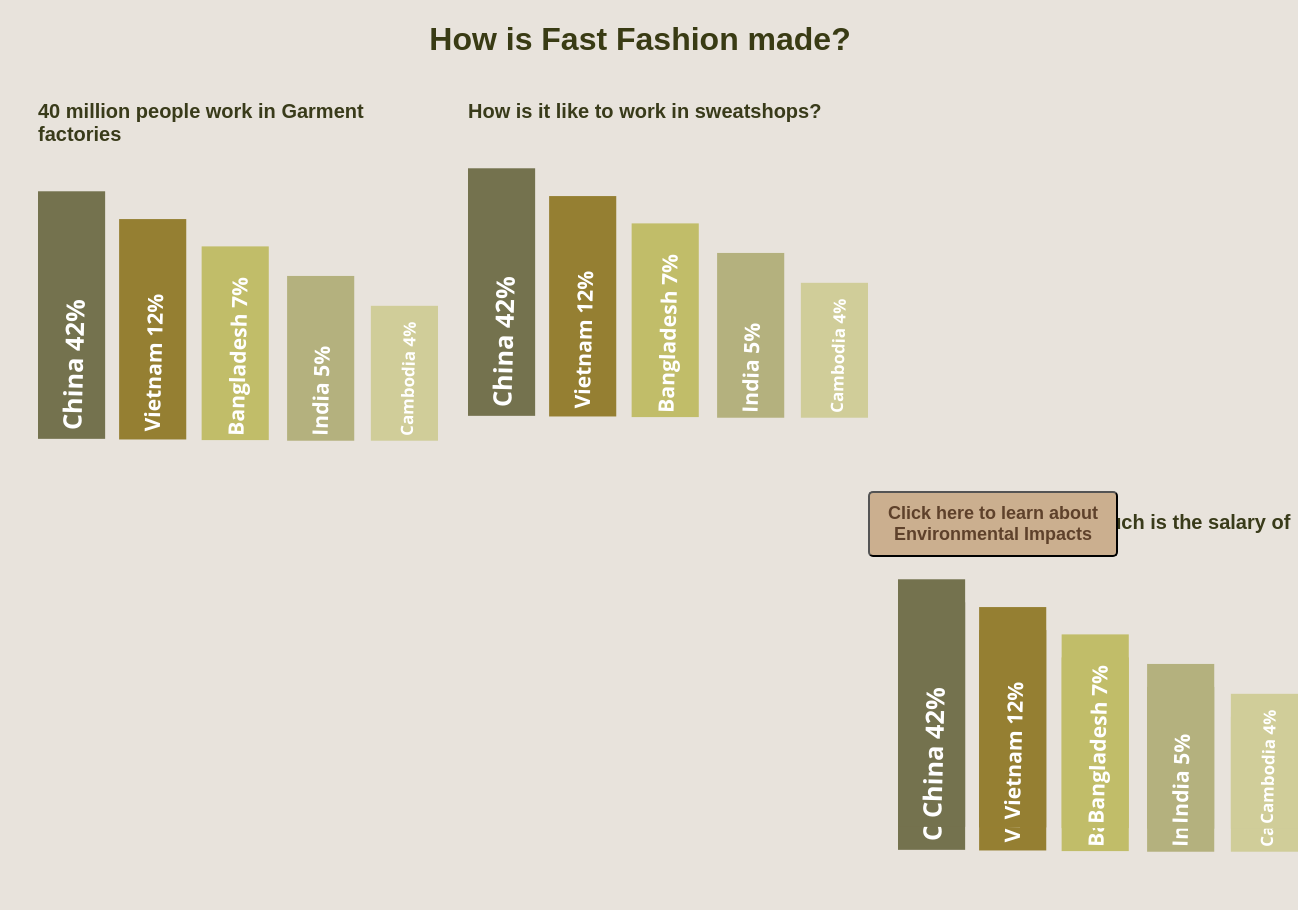
Repository: DevOfHockey/mdia-2190-midterm
Page: fashionlabor.html
The author's editor kept a copy of each file at every save. The page is drawn from the files as they stood at one save, then again after the next save.
The browser window is 1280 px wide. The page is 1298 px wide, then 1280 px, so the pictures cover 1298 px, including what lies to the right of the window. The pictures show the whole page.

Above is the page before, as saved 2022-03-01 22:00:50.
Console error: TypeError: Cannot set properties of null (setting 'src')

After the next save:
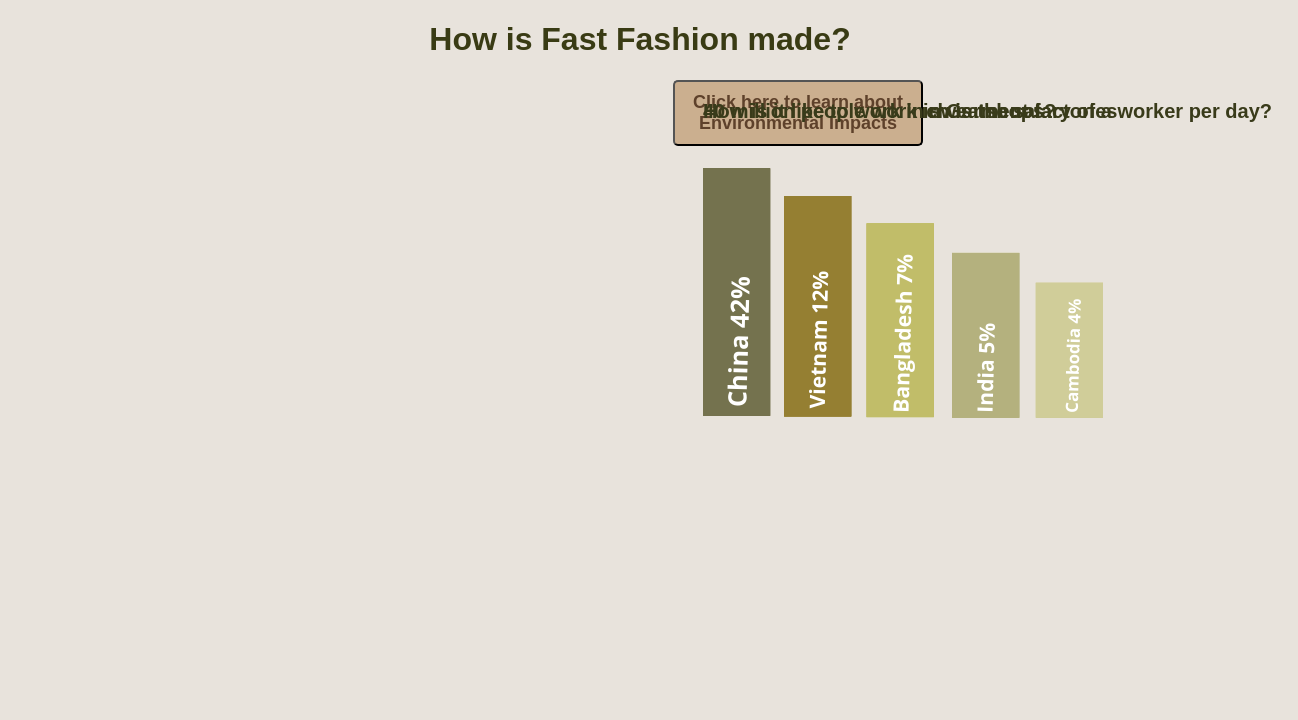
Saved 85 s later.
--- a/fashionlabor.html
+++ b/fashionlabor.html
@@ -33,7 +33,12 @@
     .environment {
       grid-area: content;
     }
-
+    .people {
+      grid-area: infothree;
+    }
+    .sweatshops {
+      grid-area: infofour;
+    }
     button {
       background-color: #CBAF8F;
       color: #5E412B;
